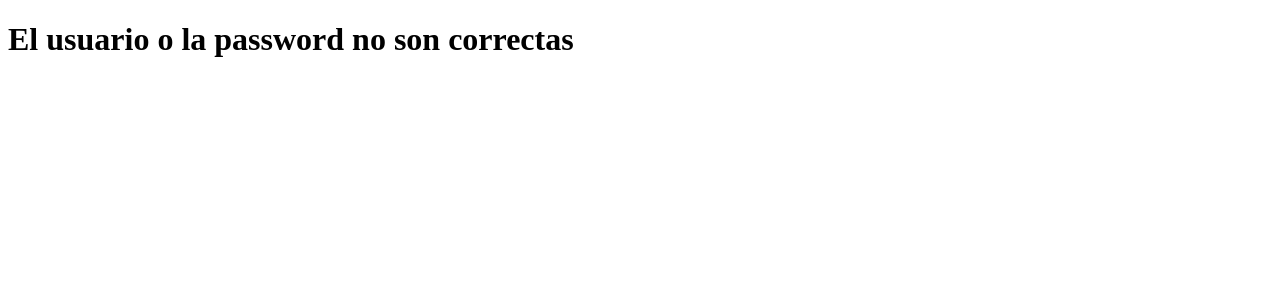
Repository: psantae/NocionesJava
Page: 05_Web/WebContent/error.html
These files come from the project's save history. The page is drawn as it stood at one moment and after the next save; the edit follows.
The browser window is 1280 px wide. The pictures show the whole page.

Above is the page before, as saved 2019-04-25 09:53:46.

### 05_Web/WebContent/error.html
<!DOCTYPE html>
<html>
<head>
<meta charset="UTF-8">
<title>Insert title here</title>
</head>
<body>
	<h1>El usuario o la password no son correctas</h1>
</body>
</html>

After the next save:
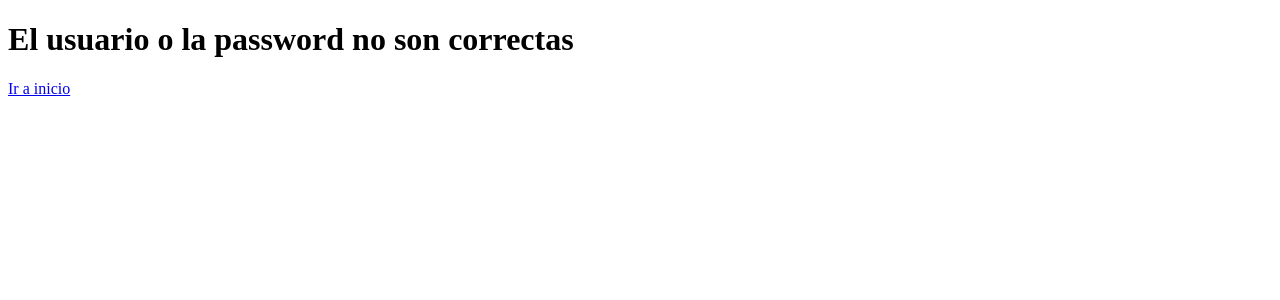
Saved 2 min 1 s later.
--- a/05_Web/WebContent/error.html
+++ b/05_Web/WebContent/error.html
@@ -6,5 +6,6 @@
 </head>
 <body>
 	<h1>El usuario o la password no son correctas</h1>
+	<a href="inicio.html">Ir a inicio</a>
 </body>
 </html>
